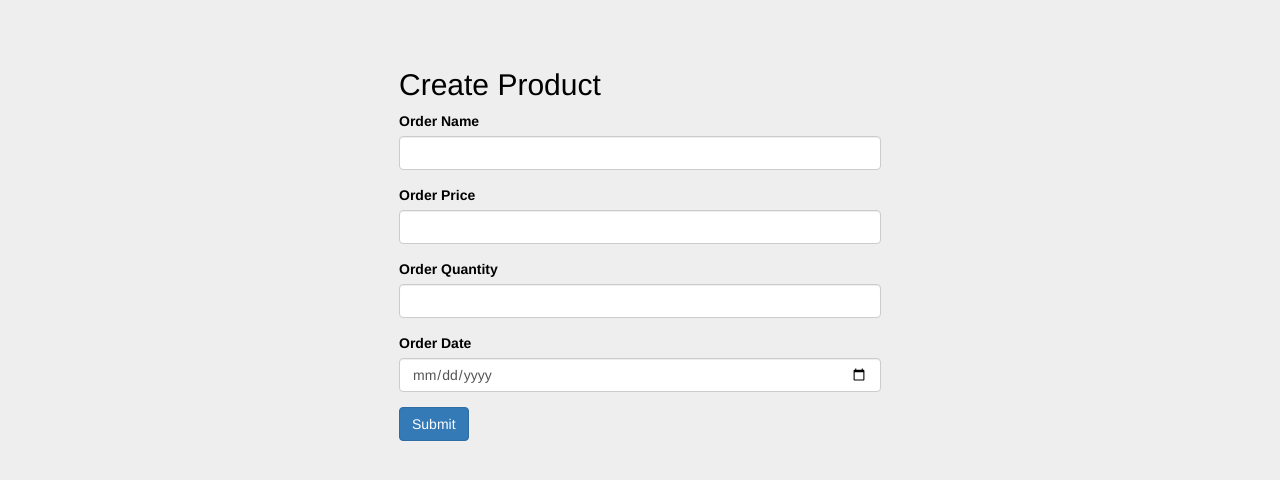
Repository: krutishilp/Sample
Page: http://localhost/productmanagement-webapp/createProduct.jsp
The author's editor kept a copy of each file at every save. The page is drawn from the files as they stood at one save, then again after the next save.
The browser window is 1280 px wide. The pictures show the whole page.
The page is served by Tomcat 9. Other server files are loaded and not shown.

Above is the page before, as saved 2020-09-04 11:09:02.

### JAVA-Eclipse-workspace/productmanagement-webapp/src/main/webapp/createProduct.jsp
<!DOCTYPE html>
<html>
<head>
<meta charset="ISO-8859-1">
<title>Place an Order</title>
<!-- Latest compiled and minified CSS -->
<link rel="stylesheet"
	href="https://maxcdn.bootstrapcdn.com/bootstrap/3.3.7/css/bootstrap.min.css"
	integrity="sha384-BVYiiSIFeK1dGmJRAkycuHAHRg32OmUcww7on3RYdg4Va+PmSTsz/K68vbdEjh4u"
	crossorigin="anonymous">

<style type="text/css">
.container {
	width: 40%;
	align-items: center;
}
</style>
</head>
<body class="jumbotron">
	<div class="container">
		<div>
			<h2>Create Product</h2>
		</div>
		<form action="placeOrder" method="post">
			<div class="form-group">
				<label for="ordername">Order Name</label> <input type="text"
					class="form-control" id="ordername" placeholder="" name="orderName" required="required">
			</div>

			<div class="form-group">
				<label for="orderprice">Order Price</label> <input type="number"
					class="form-control" id="orderprice" placeholder=""
					name="orderPrice" required="required">
			</div>

			<div class="form-group">
				<label for="orderquantity">Order Quantity</label> <input
					type="number" class="form-control" id="orderquantity"
					placeholder="" name="orderQuantity" required="required">
			</div>

			<div class="form-group">
				<label for="orderdate">Order Date</label> <input type="date"
					class="form-control" id="orderdate" placeholder="" name="orderDate" required="required">
			</div>

			<div class="form-group">
				<input type="submit" class="btn btn-primary" id="ordername"
					placeholder="" name="orderName">
			</div>

		</form>
	</div>
</body>
</html>

After the next save:
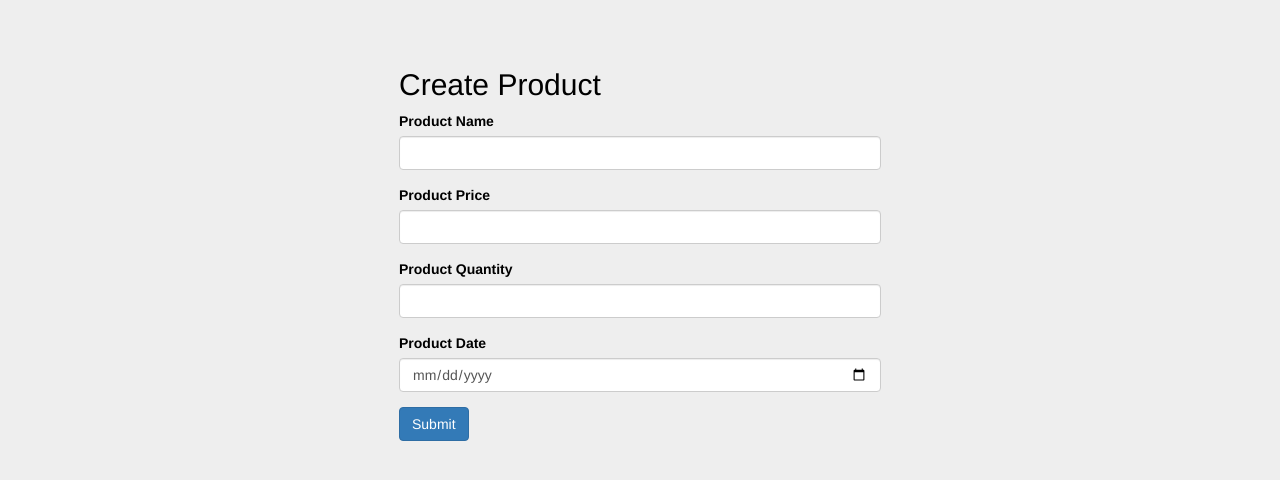
Saved 69 s later.
--- a/JAVA-Eclipse-workspace/productmanagement-webapp/src/main/webapp/createProduct.jsp
+++ b/JAVA-Eclipse-workspace/productmanagement-webapp/src/main/webapp/createProduct.jsp
@@ -2,7 +2,7 @@
 <html>
 <head>
 <meta charset="ISO-8859-1">
-<title>Place an Order</title>
+<title>Place an Product</title>
 <!-- Latest compiled and minified CSS -->
 <link rel="stylesheet"
 	href="https://maxcdn.bootstrapcdn.com/bootstrap/3.3.7/css/bootstrap.min.css"
@@ -21,32 +21,31 @@
 		<div>
 			<h2>Create Product</h2>
 		</div>
-		<form action="placeOrder" method="post">
+		<form action="placeProduct" method="post">
 			<div class="form-group">
-				<label for="ordername">Order Name</label> <input type="text"
-					class="form-control" id="ordername" placeholder="" name="orderName" required="required">
+				<label for="productname">Product Name</label> <input type="text"
+					class="form-control" id="productname" placeholder="" name="productName" required="required">
 			</div>
 
 			<div class="form-group">
-				<label for="orderprice">Order Price</label> <input type="number"
-					class="form-control" id="orderprice" placeholder=""
-					name="orderPrice" required="required">
+				<label for="productprice">Product Price</label> <input type="number"
+					class="form-control" id="productprice" placeholder=""
+					name="productPrice" required="required">
 			</div>
 
 			<div class="form-group">
-				<label for="orderquantity">Order Quantity</label> <input
-					type="number" class="form-control" id="orderquantity"
-					placeholder="" name="orderQuantity" required="required">
+				<label for="productquantity">Product Quantity</label> <input
+					type="number" class="form-control" id="productquantity"
+					placeholder="" name="productQuantity" required="required">
 			</div>
 
 			<div class="form-group">
-				<label for="orderdate">Order Date</label> <input type="date"
-					class="form-control" id="orderdate" placeholder="" name="orderDate" required="required">
+				<label for="productdate">Product Date</label> <input type="date"
+					class="form-control" id="productdate" placeholder="" name="productDate" required="required">
 			</div>
 
 			<div class="form-group">
-				<input type="submit" class="btn btn-primary" id="ordername"
-					placeholder="" name="orderName">
+				<input type="submit" class="btn btn-primary">
 			</div>
 
 		</form>
